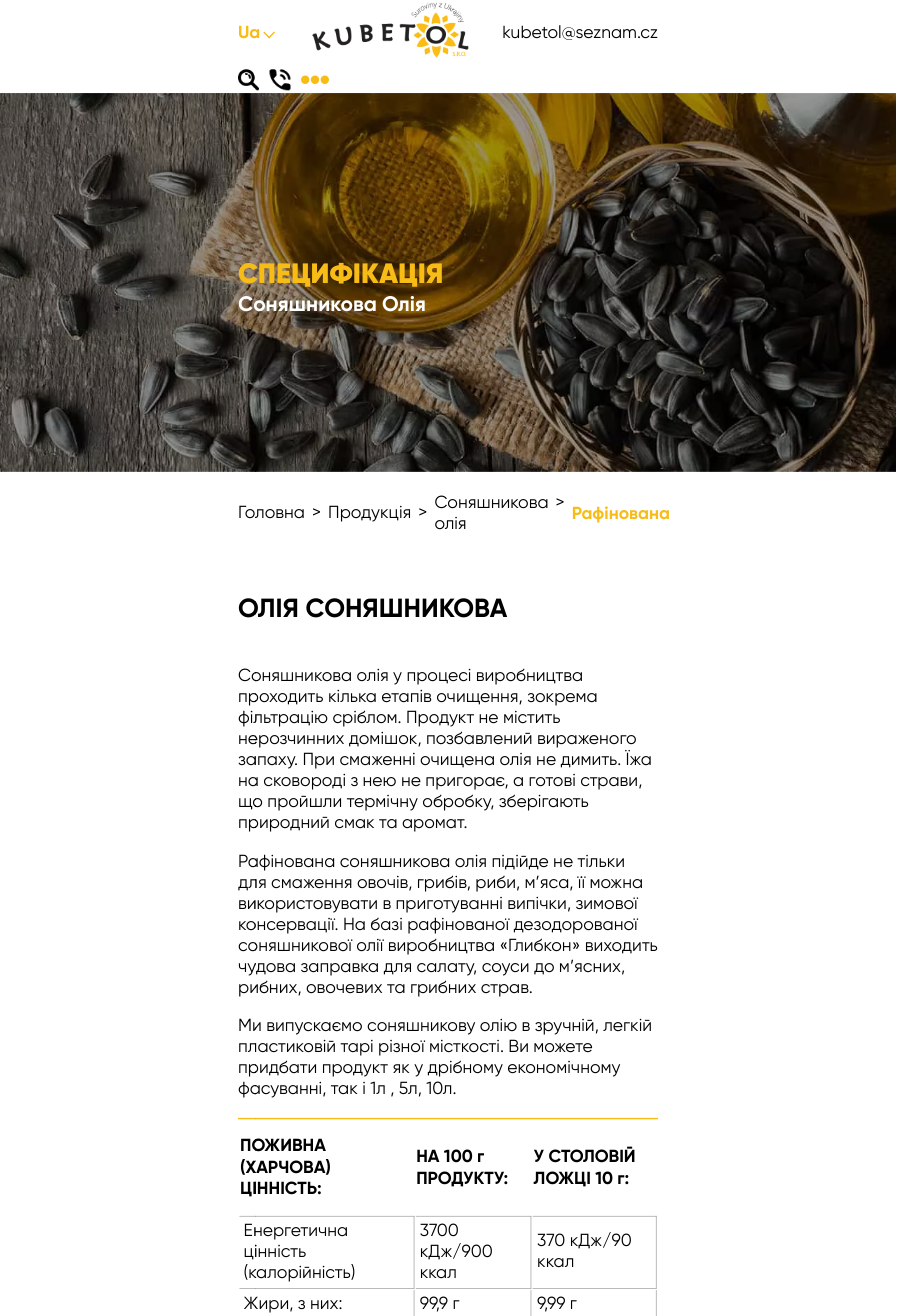
Repository: fanbear/Kubetol
Page: specification.html
The author's editor kept a copy of each file at every save. The page is drawn from the files as they stood at one save, then again after the next save.
The browser window is 1280 px wide. The page is 1280 px wide, then 1300 px, so the pictures cover 1300 px, including what lies to the right of the window. The pictures show the part of the page from y = 0 to 1880 px (the page is 6229 px tall before and 4735 px after), at 70% of full size.

Above is the page before, as saved 2023-05-03 14:48:29.

### specification.html
<!DOCTYPE html>
<html lang="en">

<head>
    <meta charset="UTF-8">
    <meta http-equiv="X-UA-Compatible" content="IE=edge">
    <meta name="viewport" content="width=device-width, initial-scale=1.0">
    <title>Document</title>
    <!-- <link rel="stylesheet" href="https://cdnjs.cloudflare.com/ajax/libs/normalize/8.0.1/normalize.min.css"> -->

    <script src="js/preload.js"></script>
    <link rel="stylesheet" href="css/critical.css">
</head>

<body id="main">
    <div class="preload">
        <div class="preload-img"><img src="img/footer-logotype.webp" alt="KUBETOL"></div>
        <div class="loading-spinner"></div>
        <div class="preload-text">Завантаження...</div>
        <div class="video-slider__overlay"></div>
    </div>
    <header class="header">
        <div class="flex-container flex-bettwen flex-ac">
            <div class="header-language flex">
                <div class="language-active">Ua</div>
                <ul class="language-list">
                    <li><a href="/">Pl</a></li>
                    <li><a href="/">Cz</a></li>
                    <li><a href="/">En</a></li>
                </ul>
                <div class="header-list__open no-transform"></div>
            </div>
            <div class="header-title">KUBETOL s.r.o. - Сировина з України</div>
            <div class="header-logotype flex flex-center"><a href="/"><img src="img/logotype.webp" alt="KUBETOL"
                        width="223" height="78"></a></div>
            <div class="header-email"><a href="mailto:kubetol@seznam.cz">kubetol@seznam.cz</a></div>
            <div class="header-action flex flex-bettwen">
                <div class="header-search flex flex-ac">
                    <img src="img/search.webp" alt="KUBETOL search" width="30" height="30">
                </div>
                <div class="header-phone flex flex-ac">
                    <img src="img/phone.webp" alt="KUBETOL Phone" width="30" height="30">
                </div>
                <div class="header-menu flex flex-ac flex-center">
                    <span></span>
                    <span></span>
                    <span></span>
                </div>
                <div class="header-menu__list flex">
                    <ul>
                        <li><a href="/">Головна</a></li>
                        <li><a href="/">Про нас</a></li>
                        <li><a href="/">Продукція</a></li>
                        <li><a href="/">Контакти</a></li>
                        <li><a href="/">Новини</a></li>
                    </ul>
                </div>
            </div>
        </div>
    </header>
    <main class="spec-page">
        <section class="section top-product" style="background-image: url('img/product-top.webp')">
            <div class="flex-container flex-column">
                <div class="top-product__text">
                    <h1>Специфікація</h1>
                    <h2>Соняшникова Олія</h2>
                </div>
            </div>
            <div class="product-overlay"></div>
        </section>
        <div class="breadcrumb">
            <div class="flex-container">
                <ul class="flex flex-ac">
                    <li><a href="">Головна</a><span>></span></li>
                    <li><a href="">Продукція</a><span>></span></li>
                    <li><a href="">Соняшникова олія</a><span>></span></li>
                    <li>Рафінована</li>
                </ul>
            </div>
        </div>
        <section class="spec-text">
            <div class="flex-container">
                <div class="spec-text__title">
                    <h1>ОЛІЯ СОНЯШНИКОВА</h1>
                </div>
                <div class="spec-text__desc">
                    <p>Соняшникова олія у процесі виробництва проходить кілька етапів очищення, зокрема фільтрацію
                        сріблом. Продукт не містить
                        нерозчинних домішок, позбавлений вираженого запаху. При смаженні очищена олія не димить. Їжа на
                        сковороді з нею не
                        пригорає, а готові страви, що пройшли термічну обробку, зберігають природний смак та аромат.</p>
                    <p>Рафінована соняшникова олія підійде не тільки для смаження овочів, грибів, риби, м’яса, її можна
                        використовувати в
                        приготуванні випічки, зимової консервації. На базі рафінованої дезодорованої соняшникової олії
                        виробництва «Глибкон»
                        виходить чудова заправка для салату, соуси до м’ясних, рибних, овочевих та грибних страв.</p>
                    <p>Ми випускаємо соняшникову олію в зручній, легкій пластиковій тарі різної місткості. Ви можете
                        придбати продукт як у
                        дрібному економічному фасуванні, так і 1л , 5л, 10л.</p>
                    <table>
                        <thead>
                            <tr>
                                <th>ПОЖИВНА (ХАРЧОВА) ЦІННІСТЬ:</th>
                                <th>НА 100 г ПРОДУКТУ:</th>
                                <th>У СТОЛОВІЙ ЛОЖЦІ 10 г:</th>
                            </tr>

                        </thead>
                        <tbody>
                            <tr>
                                <td>Енергетична цінність (калорійність)</td>
                                <td>3700 кДж/900 ккал</td>
                                <td>370 кДж/90 ккал</td>
                            </tr>
                            <tr>
                                <td>Жири, з них:</td>
                                <td>99,9 г</td>
                                <td>9,99 г</td>
                            </tr>
                            <tr>
                                <td>-насичені</td>
                                <td>11 г</td>
                                <td>1,1 г</td>
                            </tr>
                            <tr>
                                <td>Енергетична цінність (калорійність)</td>
                                <td>3700 кДж/900 ккал</td>
                                <td>370 кДж/90 ккал</td>
                            </tr>
                            <tr>
                                <td>Енергетична цінність (калорійність)</td>
                                <td>3700 кДж/900 ккал</td>
                                <td>370 кДж/90 ккал</td>
                            </tr>
                            <tr>
                                <td>Енергетична цінність (калорійність)</td>
                                <td>3700 кДж/900 ккал</td>
                                <td>370 кДж/90 ккал</td>
                            </tr>
                        </tbody>
                    </table>
                    <p>Варто відразу сказати, що найпоширенішим маслом в нашій країні є соняшникова. Соняшникова олія є
                        рослинним і його,
                        отримують шляхом переробки насіння соняшнику. В Україні і Росії воно є найбільш продаваним. Але
                        не можна забувати про
                        те, що масло соняшнику є унікальним продуктом. Воно має неповторний склад і робить позитивний
                        вплив на організм.</p>
                    <img src="img/spec-img.webp" alt="">
                    <p>
                        <b>Основними плюсами в його компонентах є такі:</b> Наявність рослинних жирів. Вони досить легко
                        засвоюються організмом, на відміну від тваринних жирів.
                    </p>
                    <p>Жирні кислоти. Організм без них не може нормально функціонувати, завдяки їм відбувається будову
                        тканин і клітин. Крім
                        того, вони надають позитивний вплив на кровоносну і нервову систему.</p>
                    <p>Наявність вітамінів А і D. Вітамін А відповідає за хороший зір і підтримання імунної системи, а D
                        за, то щоб шкіра була
                        в хорошому стані і були міцні кістки.</p>
                    <p>Вітамін Е. Він є найпотужнішим антиоксидантом, виконує захисні функції організму, також захищає
                        його від раку і старіння
                        організму. У рослинному маслі концентрація вітаміну Е набагато вище, ніж в інших видах продуктів
                        і навіть в оливковій
                        олії.</p>
                    <p>Соняшникову олію розливають у споживчу і транспортну тару. У промисловості її розфасовують в
                        полімерні пляшки, а у
                        компаній-посередників можна придбати олію соняшникову наливом.</p>
                    <p>Зберігається соняшникова олія при температурі не вище 18-20 градусів від 2 до 4 місяців. Це
                        залежить від способу
                        отримання олії.</p>
                </div>
            </div>
        </section>
        <section class="spec-sertification">
            <div class="flex-container">
                <div class="spec-img-container flex flex-bettwen flex-wrap flex-ac">
                    <a href="img/spec-1.png" class="mfp-image"><img src="img/spec-1.png"></a>
                    <a href="img/spec-2.png" class="mfp-image"><img src="img/spec-2.png"></a>
                    <a href="img/spec-3.png" class="mfp-image"><img src="img/spec-3.png"></a>
                    <a href="img/spec-4.png" class="mfp-image"><img src="img/spec-4.png"></a>
                </div>
            </div>
        </section>
        <div class="spec-download">
            <div class="flex-container">
                <a class="flex flex-ac flex-center" href="path/to/document.pdf" download>Скачати документ</a>
            </div>
        </div>
        <div class="spec-bottom__img flex " style="background-image: url('img/spec-bottom-img.webp')">
        </div>
        <section class="yellow-line">
            <div class="flex-container flex-bettwen flex-ac no-wrap">
                <div class="yellow__text">Виникли питання або бажаєте замовити нашу продукцію?</div>
                <div class="yellow__button flex flex-center flex-ac">
                    <span>Зв'язатися з нами</span>
                </div>
            </div>
        </section>
    </main>
    <footer>
        <div class="flex-container">
            <div class="footer-logo flex flex-center"><img src="img/footer-logotype.webp" alt="kubetol-logotype"></div>
            <div class="footer-wrapper flex">
                <div class="footer-item flex flex-column flex-bettwen">
                    <ul class="footer-item__link flex">
                        <li><a href="/">Головна</a></li>
                        <li><a href="/">Про нас</a></li>
                        <li><a href="/">Продукція</a></li>
                        <li><a href="">Контакти</a></li>
                        <li><a href="">Новини</a></li>
                    </ul>
                    <div class="footer-item__social flex">
                        <a class="flex flex-center flex-ac" href="/"><img src="img/facebook.png"
                                alt="Kubetol - facebook" width="40" height="40"></a>
                        <a class="flex flex-center flex-ac" href="/"><img src="img/instagram.webp"
                                alt="Kubetol - instagram" width="40" height="40"></a>
                        <a class="flex flex-center flex-ac" href="/"><img src="img/youtube.png" alt="Kubetol - Youtube"
                                width="40" height="40"></a>
                    </div>
                    <div class="footer-item__developer">Розроблено і створено Сиваш Олексій</div>
                </div>
                <div class="footer-item">
                    <div class="footer-item_copyright">
                        Copyright <br> © 2010-2023 - KUBETOL s.r.o.
                    </div>
                    <div class="footer-item__phone"><a href="tel:">+420 777 892 272</a></div>
                    <div class="footer-item__mail"><a href="mailto:kubetol@seznam.cz">kubetol@seznam.cz</a></div>
                    <div class="footer-item__qr"><img src="img/qr.png" alt="Kubetol QR"></div>
                    <div class="footer-item__address">18200 Прага – 8, Kobylisy, Pakoměřická 510/18</div>
                </div>
            </div>
        </div>


        <link href="css/aos.css" rel="stylesheet">
        <link rel="stylesheet" type="text/css"
            href="https://cdnjs.cloudflare.com/ajax/libs/OwlCarousel2/2.3.4/assets/owl.carousel.min.css">
        <link rel="stylesheet" type="text/css"
            href="https://cdnjs.cloudflare.com/ajax/libs/OwlCarousel2/2.3.4/assets/owl.theme.default.min.css">

        <link rel="stylesheet" href="css/main.css">
        <script src="https://code.jquery.com/jquery-3.6.0.min.js"></script>
        <script src="https://cdnjs.cloudflare.com/ajax/libs/OwlCarousel2/2.3.4/owl.carousel.min.js"></script>
        <script src="js/aos.js"></script>

        <script src="js/main.js"></script>

        <!-- Magnific Popup CSS -->
        <link rel="stylesheet" href="css/magnific-popup.min.css" />

        <!-- Magnific Popup JS -->
        <script src="js/jquery.magnific-popup.min.js"></script>


    </footer>
</body>

</html>

### css/variables.css
:root {
    /* Color variables */
    --dark-color: #000000;
    --white-color: #ffffff;
    --yellow-color: #f8bc16;
    --grey-color: #9d9d9d;
    --dark-grey-color: #3a3a3a;
    /* Literal Fonts */
    --font-16: 16.7px;
    --font-25: 25.5px;
    --font-33: 33.3px;
    --font-45: 45.83px;
    --font-100: 100.1px;

    /* Container width */
    --width: 1180px;
    --container-padding: 0 15px;

    /* St button */
    --btn-width: 360px;
    --btn-height: 60px;
    --btn-radius: 30px;
}

/* Media query for tablets */
@media screen and (max-width: 1439.98px) {
    :root {
        --width: 980px;
        --container-padding: 0 20px;
        --font-16: 16.7px;
        --font-25: 25px;
        --font-33: 30px;
        --font-45: 40px;
        --font-100: 80px;
    }
}

/* Media query for mobile devices */
@media screen and (max-width: 1024px) {
    :root {
        --width: 720px;
        --container-padding: 0 20px;
    }
}

@media (min-width: 600px) and (max-height: 1023.99px) {
    :root {
        --width: 600px;
        --container-padding: 0 10px;
    }
}

### css/animation.css
:root {
    --animation-language: language-animation 0.6s ease-in;
    --animation-spin: spin 1s linear infinite;
    --animation-preload: preload-hover 0.8s linear;
}



/* Language - animation */
@keyframes language-animation {
    0% {
        transform: scale(0);
        opacity: 0;
        z-index: -1;
    }

    50% {
        transform: scale(0.5);
        opacity: 0.5;
        z-index: 9999;
    }

    50% {
        transform: scale(1);
        opacity: 1;
        z-index: 9999;
    }

}

@keyframes spin {
    0% {
        transform: rotate(0);
    }

    100% {
        transform: rotate(360deg);
    }
}

@keyframes preload-hover {
    0% {
        opacity: 1;
        z-index: 9999;
    }

    50% {
        opacity: 0.5;
        z-index: 9999;
    }

    100% {
        opacity: 0;
        z-index: -1;
    }
}

### css/fonts.css
@font-face {
    font-family: 'Gilroy';
    src: url('../fonts/Gilroy-UltraLight.ttf') format('opentype');
    font-weight: 200;
    font-style: normal;
}

@font-face {
    font-family: 'Gilroy';
    src: url('../fonts/Gilroy-ThinItalic.ttf') format('opentype');
    font-weight: 300;
    font-style: normal;
}

@font-face {
    font-family: 'Gilroy';
    src: url('../fonts/Gilroy-Regular.ttf') format('opentype');
    font-weight: normal;
    font-style: normal;
}

@font-face {
    font-family: 'Gilroy';
    src: url('../fonts/Gilroy-Medium.ttf') format('opentype');
    font-weight: 500;
    font-style: normal;
}

@font-face {
    font-family: 'Gilroy';
    src: url('../fonts/Gilroy-Semibold.ttf') format('opentype');
    font-weight: 600;
    font-style: normal;
}

@font-face {
    font-family: 'Gilroy';
    src: url('../fonts/Gilroy-Bold.ttf') format('opentype');
    font-weight: bold;
    font-style: normal;
}

@font-face {
    font-family: 'Gilroy';
    src: url('../fonts/Gilroy-ExtraBold.ttf') format('opentype');
    font-weight: 800;
    font-style: normal;
}

@font-face {
    font-family: 'Gilroy';
    src: url('../fonts/Gilroy-Black.ttf') format('opentype');
    font-weight: 900;
    font-style: normal;
}

Loaded but not shown: css/aos.css (library); js/aos.js (library); css/magnific-popup.min.css (library); js/jquery.magnific-popup.min.js (library); js/main.js (359 lines, source omitted); js/preload.js (21 lines, source omitted); css/main.css (1686 lines, source omitted); css/critical.css (1029 lines, source omitted)

After the next save:
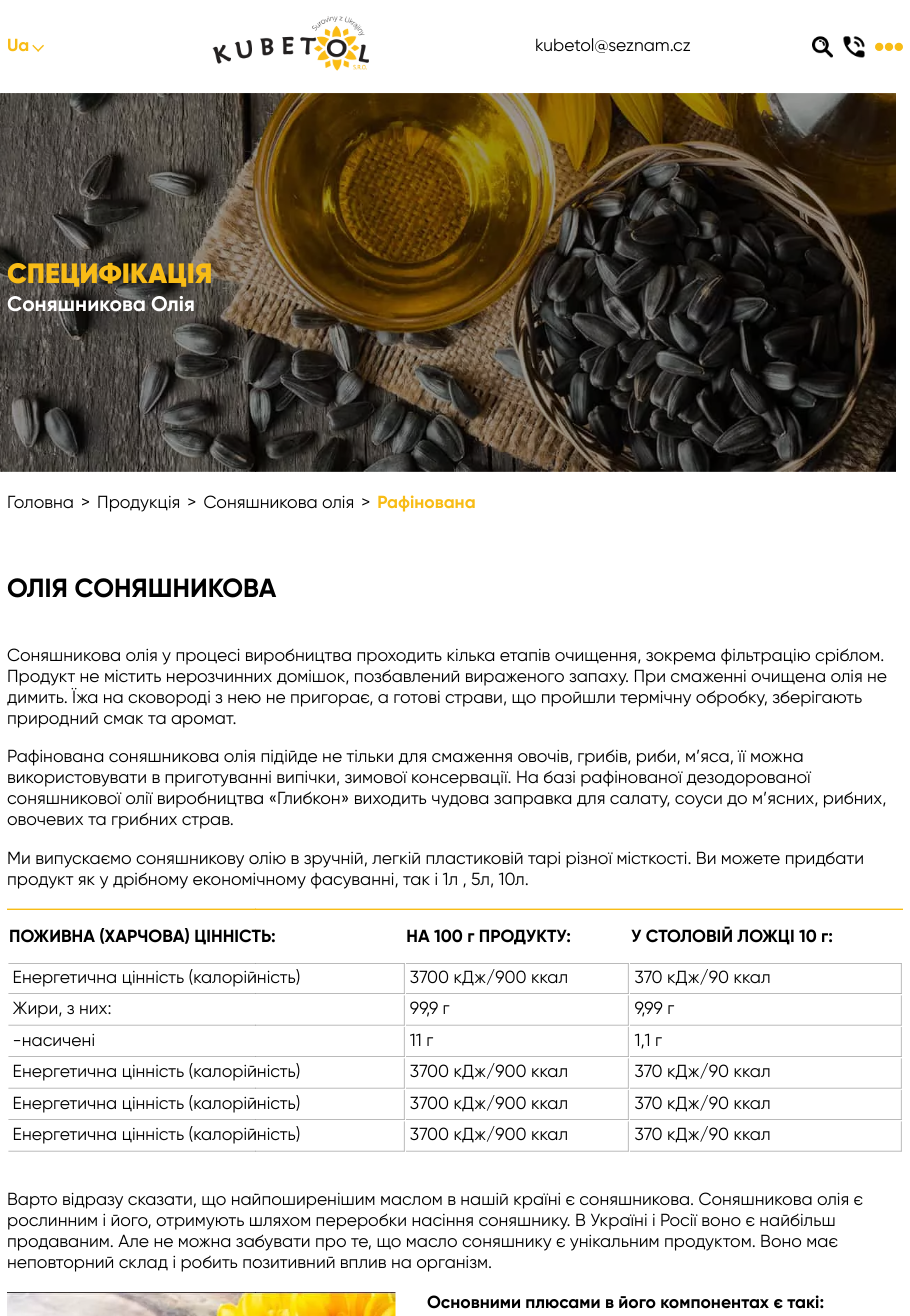
Saved 81 s later.
--- a/css/variables.css
+++ b/css/variables.css
@@ -45,7 +45,7 @@
 
 @media (min-width: 600px) and (max-height: 1023.99px) {
     :root {
-        --width: 600px;
+        --width: 100%;
         --container-padding: 0 10px;
     }
 }
